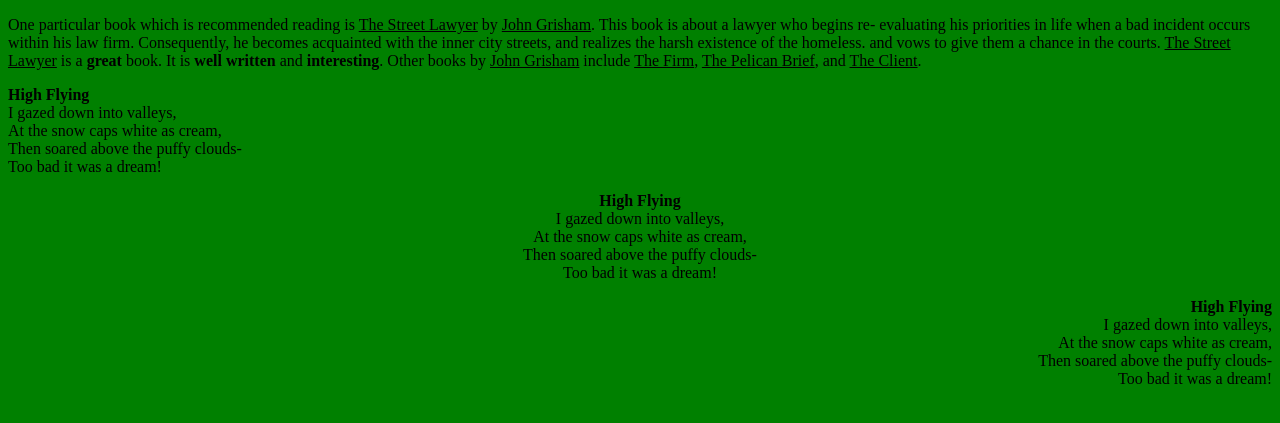
Repository: NguyenPhuSang21023391/HTCNWeb_T1-2
Page: TH_Tuan01/html/bai03.html
The author's editor kept a copy of each file at every save. The page is drawn from the files as they stood at one save, then again after the next save.
The browser window is 1280 px wide. The pictures show the whole page.

Above is the page before, as saved 2023-02-19 16:31:08.

After the next save:
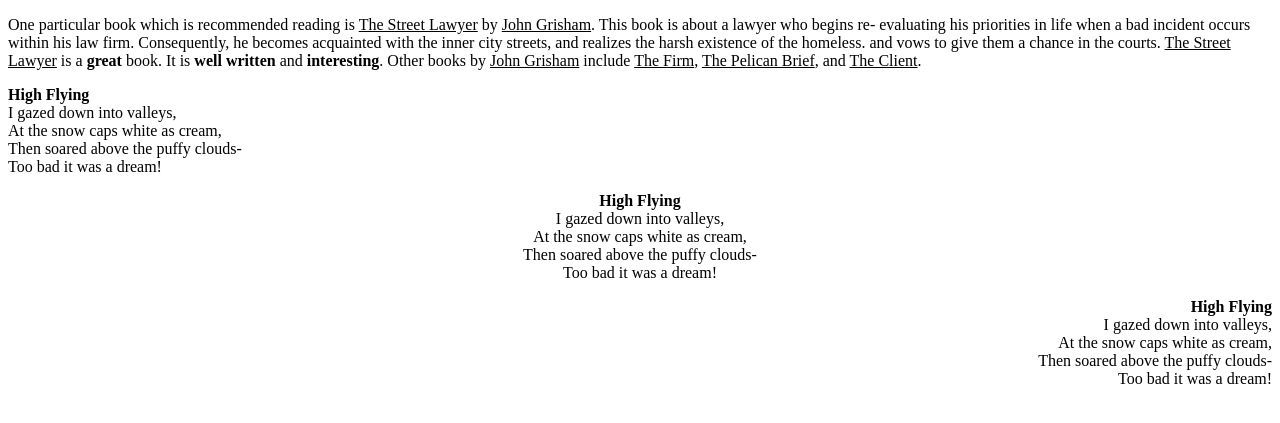
Saved 42 s later.
--- a/TH_Tuan01/html/bai03.html
+++ b/TH_Tuan01/html/bai03.html
@@ -6,20 +6,20 @@
     <meta name="viewport" content="width=device-width, initial-scale=1.0" />
     <title>Document</title>
   </head>
+  <body>
+    <p>
+      One particular book which is recommended reading is
+      <u>The Street Lawyer</u> by <u>John Grisham</u>. This book is about a
+      lawyer who begins re- evaluating his priorities in life when a bad
+      incident occurs within his law firm. Consequently, he becomes acquainted
+      with the inner city streets, and realizes the harsh existence of the
+      homeless. and vows to give them a chance in the courts.
+      <u>The Street Lawyer</u> is a <b>great</b> book. It is
+      <b>well written</b> and <b>interesting</b>. Other books by
+      <u>John Grisham</u> include <u>The Firm</u>, <u>The Pelican Brief</u>, and
+      <u>The Client</u>.
+    </p>
 
-  <p>
-    One particular book which is recommended reading is
-    <u>The Street Lawyer</u> by <u>John Grisham</u>. This book is about a lawyer
-    who begins re- evaluating his priorities in life when a bad incident occurs
-    within his law firm. Consequently, he becomes acquainted with the inner city
-    streets, and realizes the harsh existence of the homeless. and vows to give
-    them a chance in the courts. <u>The Street Lawyer</u> is a
-    <b>great</b> book. It is <b>well written</b> and <b>interesting</b>. Other
-    books by <u>John Grisham</u> include <u>The Firm</u>,
-    <u>The Pelican Brief</u>, and <u>The Client</u>.
-  </p>
-
-  <body bgcolor="green">
     <p style="text-align: left">
       <b>High Flying</b> <br />I gazed down into valleys, <br />At the snow caps
       white as cream,<br />Then soared above the puffy clouds- <br />Too bad it

After the 3 saves that followed:
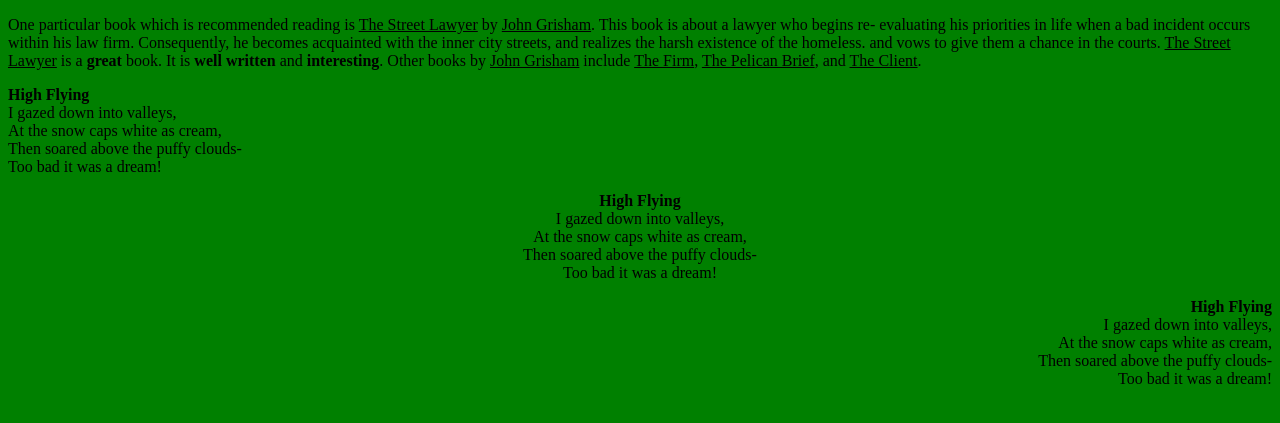
The 3 saves are shown as one change because 2 left the picture as it was.
The last was saved 3 min 55 s later.
--- a/TH_Tuan01/html/bai03.html
+++ b/TH_Tuan01/html/bai03.html
@@ -7,6 +7,7 @@
     <title>Document</title>
   </head>
   <body>
+    <body bgcolor="green">
     <p>
       One particular book which is recommended reading is
       <u>The Street Lawyer</u> by <u>John Grisham</u>. This book is about a
